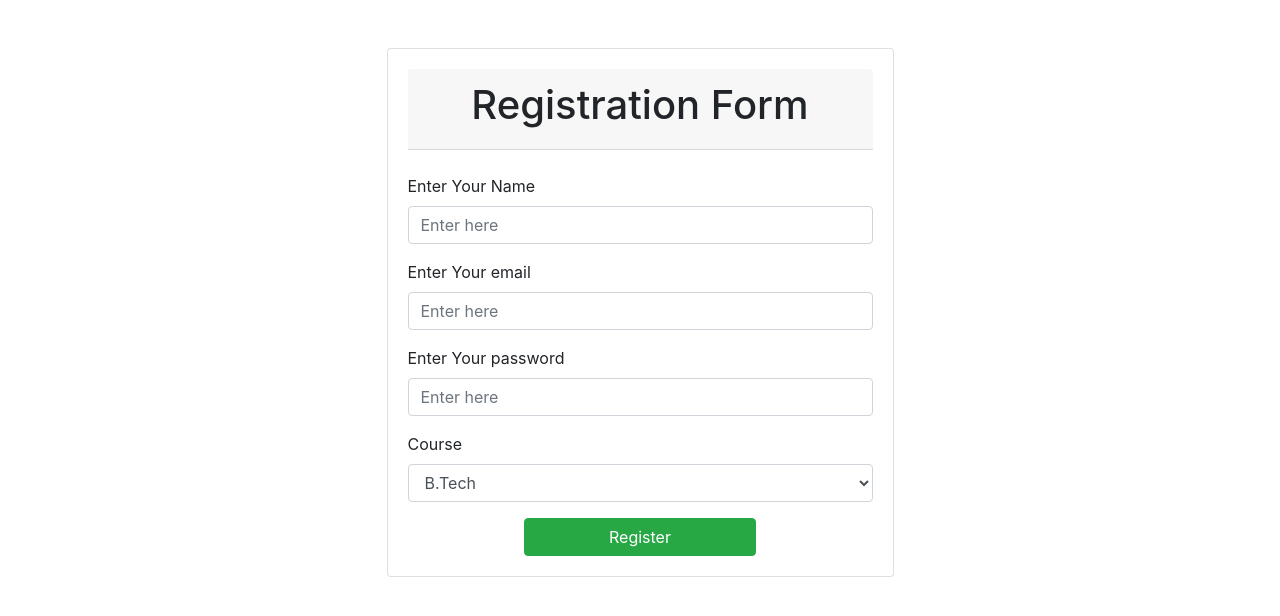
Repository: Hashim-Ansari-82/Servlet-And-JSP
Page: Submit-Form-App/src/main/webapp/index.html
These files come from the project's save history. The page is drawn as it stood at one moment and after the next save; the edit follows.
The browser window is 1280 px wide. The pictures show the whole page.
Some web libraries are served in a nearby version.

Above is the page before, as saved 2026-06-03 19:26:15.

After the next save:
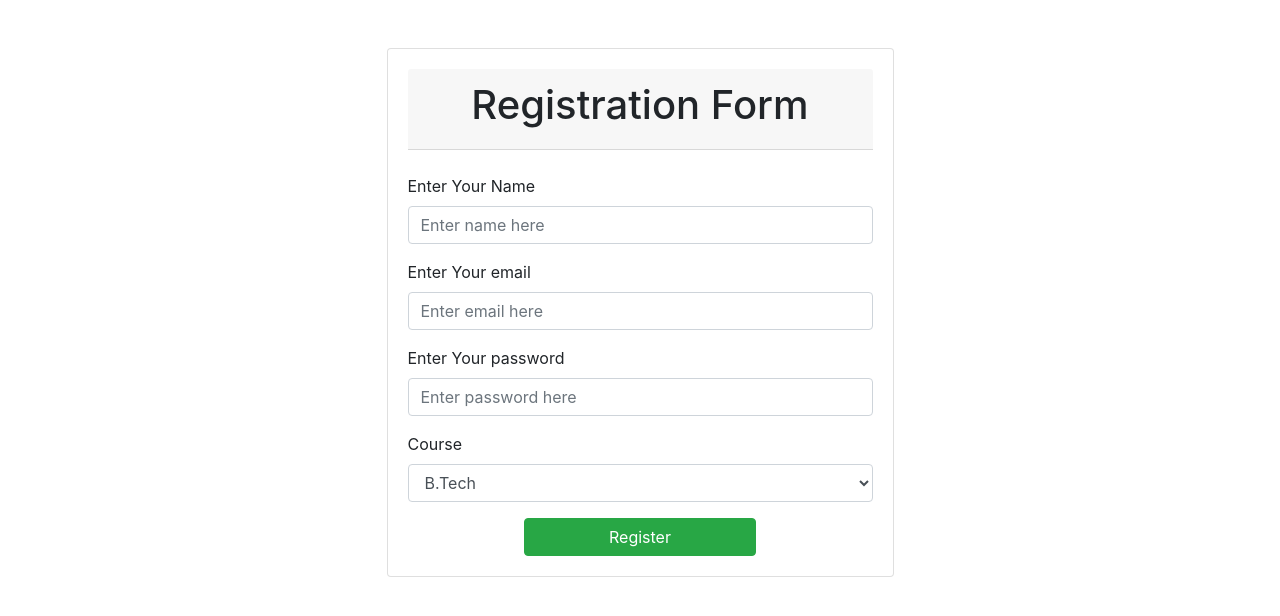
Saved 34 s later.
--- a/Submit-Form-App/src/main/webapp/index.html
+++ b/Submit-Form-App/src/main/webapp/index.html
@@ -21,15 +21,15 @@
 							<form action="register" method="post">
 								<div class="form-group">
 									<label>Enter Your Name</label> <input type="text"
-										name="user_name" class="form-control" placeholder="Enter here">
+										name="user_name" class="form-control" placeholder="Enter name here">
 								</div>
 								<div class="form-group">
 									<label>Enter Your email</label> <input type="text" name="email"
-										class="form-control" placeholder="Enter here">
+										class="form-control" placeholder="Enter email here">
 								</div>
 								<div class="form-group">
 									<label>Enter Your password</label> <input type="text"
-										name="password" class="form-control" placeholder="Enter here">
+										name="password" class="form-control" placeholder="Enter password here">
 								</div>
 								<div class="form-group">
 									<label>Course</label> <select class="form-control">
